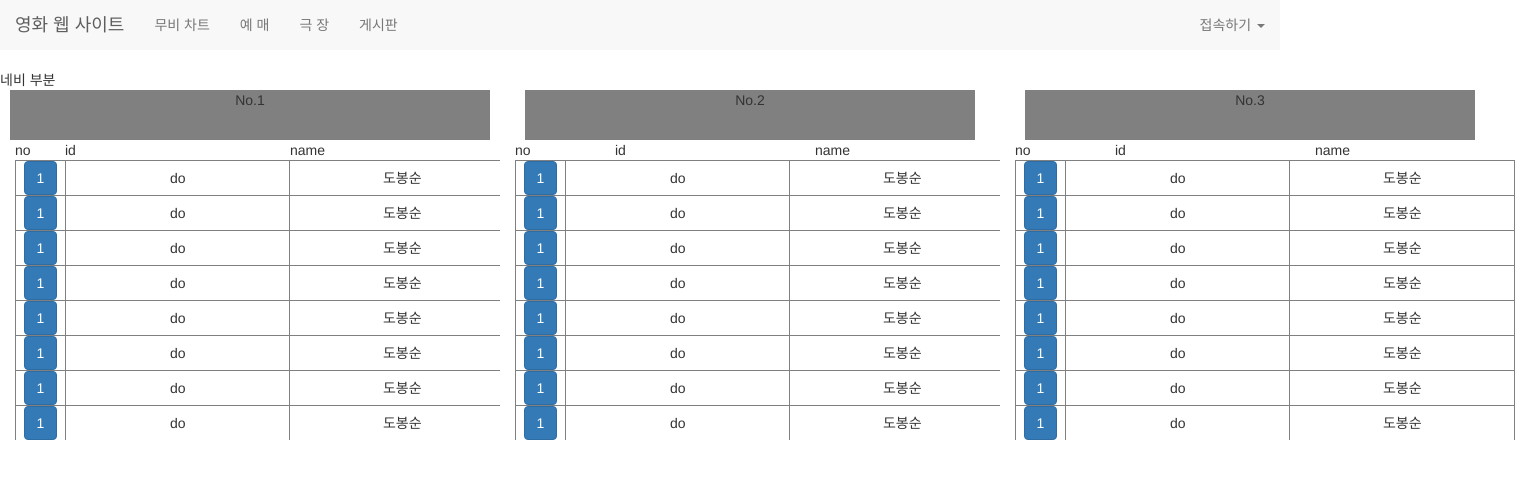
Repository: Gotaemin/java
Page: http://localhost/BBS/movieReserve.jsp
These files come from the project's save history. The page is drawn as it stood at one moment and after the next save; the edit follows.
The browser window is 1280 px wide. The page is 1530 px wide, then 1500 px, so the pictures cover 1530 px, including what lies to the right of the window. The pictures show the whole page.
Some web libraries are served in a nearby version. The page is served by Tomcat 9.

Above is the page before, as saved 2020-03-16 06:11:33.

After the next save:
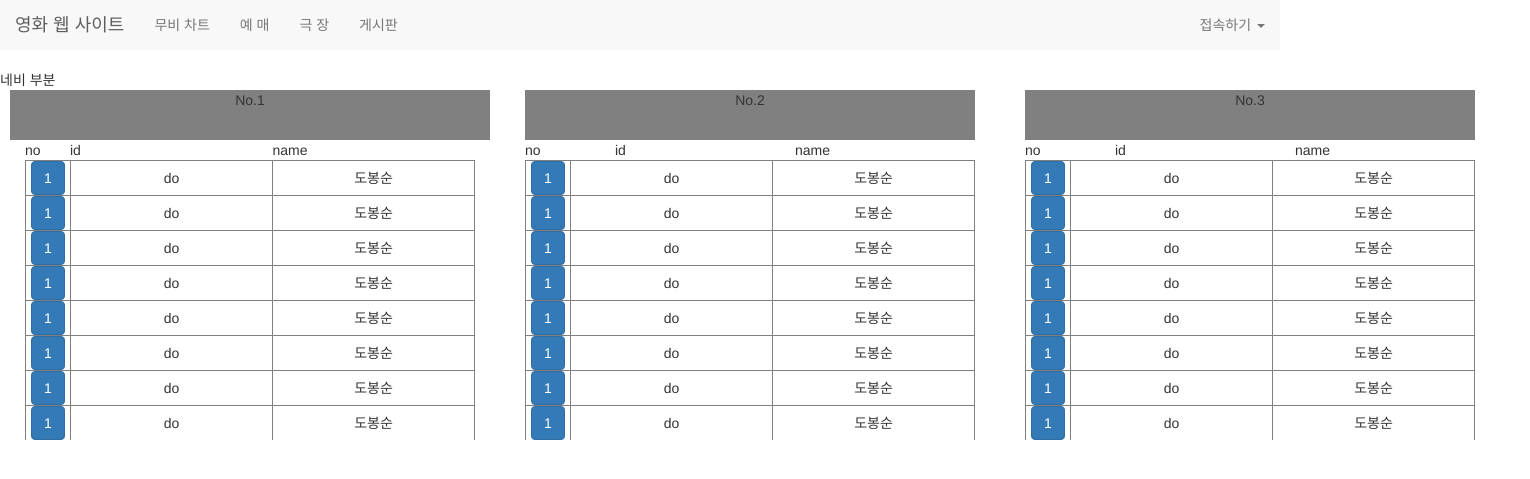
Saved 11 min 39 s later.
--- a/BBS/BBS/WebContent/movieReserve.jsp
+++ b/BBS/BBS/WebContent/movieReserve.jsp
@@ -14,7 +14,7 @@
 
 <style type="text/css">
 table {
-	width: 500px;
+	width: 450px;
 }
 
 #a th, #a td {
@@ -24,7 +24,7 @@ table {
 #movie {
 	max-height: 300px;
 	overflow-y: scroll;
-	width: 530px;
+	width: 480px;
 }
 </style>
 <title>Insert title here</title>
